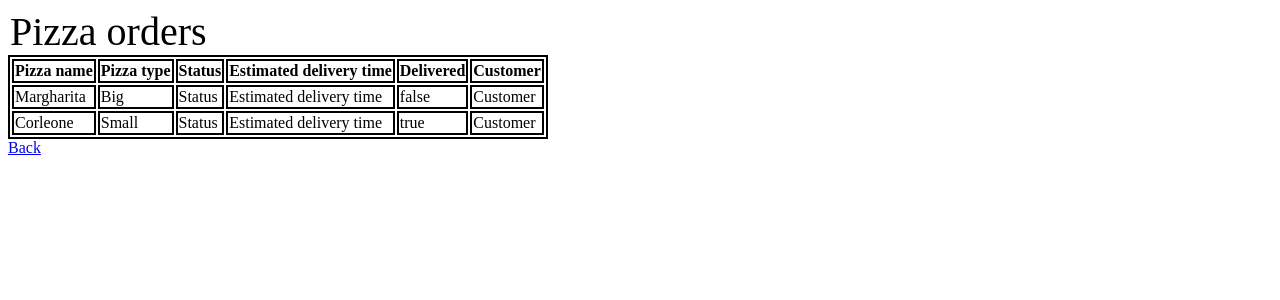
Repository: lukas77pro/html_css_js
Page: html/Test/WebContent/Tabela.html
An editor plug-in stored every save of this project. The page is shown before and after a run of saves, followed by the edit.
The browser window is 1280 px wide. The pictures show the whole page.

Above is the page before, as saved 2015-07-10 13:05:04.

After the next 2 saves:
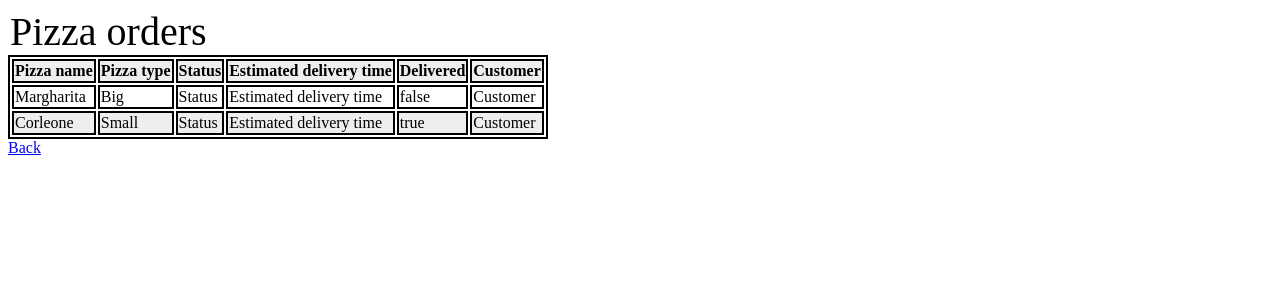
The 2 saves are shown as one change because they came seconds apart.
The last was saved 2 min 50 s later.
--- a/html/Test/WebContent/Styl.css
+++ b/html/Test/WebContent/Styl.css
@@ -19,4 +19,6 @@
 
 table, th, td {
     border: 2px solid black;
+    tr:nth-child(odd)		{ background-color:#eee; }
+	tr:nth-child(even)		{ background-color:#fff; }
 }
